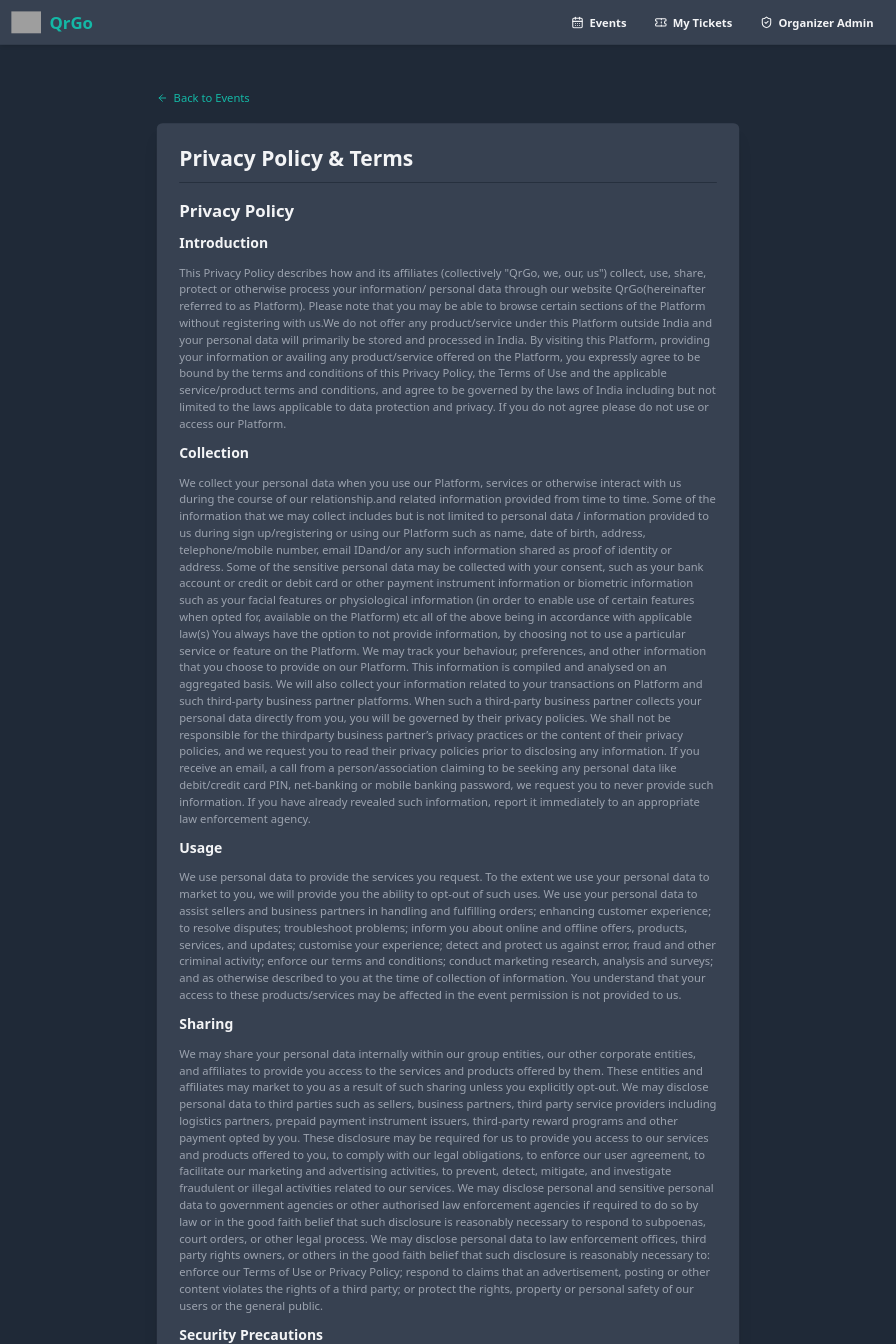
Repository: Dhakshin2007/QrGo
Page: /#/privacy-policy
These files come from the project's save history. The page is drawn as it stood at one moment and after a run of saves; the edit follows.
The browser window is 1280 px wide. The pictures show the part of the page from y = 0 to 1920 px (the page is 5877 px tall before and 5917 px after), at 70% of full size.
Pictures or frames that could not be fetched are drawn as grey boxes. Some web libraries are served in a nearby version. The project was rebuilt for these pictures with package versions that can differ from the ones it lists, and the page was loaded fresh each time. Also part of the build but not shown: vite.config.ts, components/EventCard.tsx, pages/HomePage.tsx, pages/BookingPage.tsx, components/TicketCard.tsx, pages/MyTicketsPage.tsx, services/aiService.ts, pages/AdminPage.tsx.

Above is the page before, as saved 2025-08-10 13:05:49.

After the next 3 saves:
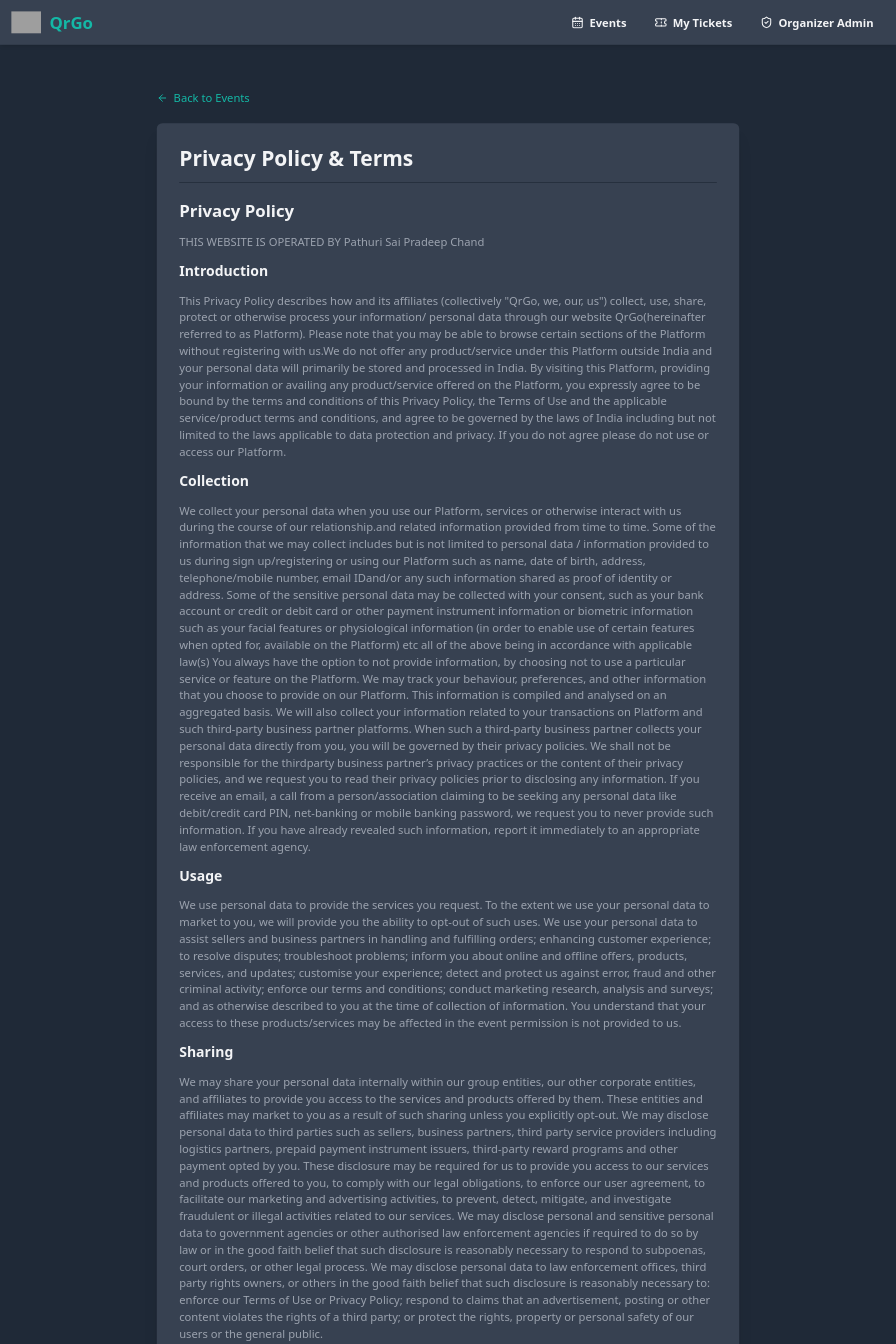
The 3 saves are shown as one change because 1 did not build or start and some came seconds apart.
The last was saved 2 min 27 s later.
--- a/pages/PrivacyPolicyPage.tsx
+++ b/pages/PrivacyPolicyPage.tsx
@@ -16,6 +16,7 @@ const PrivacyPolicyPage: React.FC = () => {
 
             <section className="space-y-4">
                 <h2 className="text-2xl font-bold text-on-surface">Privacy Policy</h2>
+                <p>THIS WEBSITE IS OPERATED BY Pathuri Sai Pradeep Chand</p>
 
                 <h3 className="text-xl font-semibold text-on-surface">Introduction</h3>
                 <p>This Privacy Policy describes how and its affiliates (collectively "QrGo, we, our, us") collect, use, share, protect or otherwise process your information/ personal data through our website QrGo(hereinafter referred to as Platform). Please note that you may be able to browse certain sections of the Platform without registering with us.We do not offer any product/service under this Platform outside India and your personal data will primarily be stored and processed in India. By visiting this Platform, providing your information or availing any product/service offered on the Platform, you expressly agree to be bound by the terms and conditions of this Privacy Policy, the Terms of Use and the applicable service/product terms and conditions, and agree to be governed by the laws of India including but not limited to the laws applicable to data protection and privacy. If you do not agree please do not use or access our Platform.</p>
